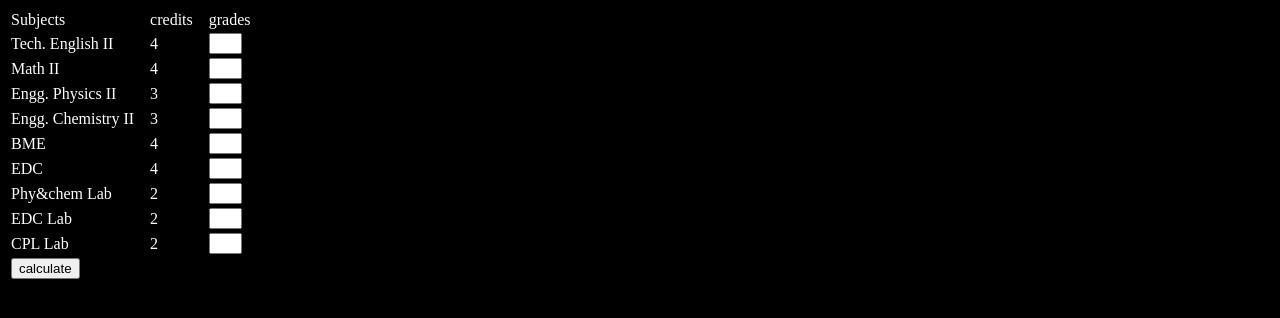
Repository: vigineshs/Mobile-Applications
Page: AnnaUniv GPA Calc/AnnaUniv GPA Calculator Updated/assets/www/cse08sem2.html
An editor plug-in stored every save of this project. The page is shown before and after the next save, followed by the edit.
The browser window is 1280 px wide. The pictures show the whole page.

Above is the page before, as saved 2012-05-06 04:31:33.

### AnnaUniv GPA Calc/AnnaUniv GPA Calculator Updated/assets/www/cse08sem2.html
<!DOCTYPE HTML>
<html>
<head>
<title>GPA</title>
<script type="text/javascript" charset="utf-8" src="/AnnaUniv GPA Calculator/assets/www/cordova-1.7.0.js"></script>
<script type="text/javascript">
function f()
{
var credits=28;
var t=document.f1.t1.value;
var s1=0;
if(t == "S" || t=="s")
s1 = 10*4;
else if(t == "A" || t=="a")
s1 = 9*4;
else if(t == "B" || t=="b")
s1 = 8*4;
else if(t == "C" || t=="c")
s1 = 7*4;
else if(t == "D" || t=="d")
s1 = 6*4;
else if(t == "E" || t=="e")
s1 = 5*4;
else if(t=="U" || t=="u")
credits-=4;
else
{
window.alert("invalid grade in sub 1");
exit(0);
}

var t=document.f1.t2.value;
if(t == "S" || t=="s")
s1 += 10*4;
else if(t == "A" || t=="a")
s1 += 9*4;
else if(t == "B" || t=="b")
s1 += 8*4;
else if(t == "C" || t=="c")
s1 += 7*4;
else if(t == "D" || t=="d")
s1 += 6*4;
else if(t == "E" || t=="e")
s1 += 5*4;
else if(t=="U" || t=="u")
credits-=4;
else
{
window.alert("invalid grade in sub 2");
exit(0);
}

var t=document.f1.t3.value;
if(t == "S" || t=="s")
s1 += 10*3;
else if(t == "A" || t=="a")
s1 += 9*3;
else if(t == "B" || t=="b")
s1 += 8*3;
else if(t == "C" || t=="c")
s1 += 7*3;
else if(t == "D" || t=="d")
s1 += 6*3;
else if(t == "E" || t=="e")
s1 += 5*3;
else if(t=="U" || t=="u")
credits-=3;
else
{
window.alert("invalid grade in sub 3");
exit(0);
}

var t=document.f1.t4.value;
if(t == "S" || t=="s")
s1 += 10*3;
else if(t == "A" || t=="a")
s1 += 9*3;
else if(t == "B" || t=="b")
s1 += 8*3;
else if(t == "C" || t=="c")
s1 += 7*3;
else if(t == "D" || t=="d")
s1 += 6*3;
else if(t == "E" || t=="e")
s1 += 5*3;
else if(t=="U" || t=="u")
credits-=3;
else
{
window.alert("invalid grade in sub 4");
exit(0);
}

var t=document.f1.t5.value;
if(t == "S" || t=="s")
s1 += 10*4;
else if(t == "A" || t=="a")
s1 += 9*4;
else if(t == "B" || t=="b")
s1 += 8*4;
else if(t == "C" || t=="c")
s1 += 7*4;
else if(t == "D" || t=="d")
s1 += 6*4;
else if(t == "E" || t=="e")
s1 += 5*4;
else if(t=="U" || t=="u")
credits-=4;
else
{
window.alert("invalid grade in sub 5");
exit(0);
}

var t=document.f1.t6.value;
if(t == "S" || t=="s")
s1 += 10*4;
else if(t == "A" || t=="a")
s1 += 9*4;
else if(t == "B" || t=="b")
s1 += 8*4;
else if(t == "C" || t=="c")
s1 += 7*4;
else if(t == "D" || t=="d")
s1 += 6*4;
else if(t == "E" || t=="e")
s1 += 5*4;
else if(t=="U" || t=="u")
credits-=4;
else
{
window.alert("invalid grade in sub 6");
exit(0);
}

var t=document.f1.t7.value;
if(t == "S" || t=="s")
s1 += 10*2;
else if(t == "A" || t=="a")
s1 += 9*2;
else if(t == "B" || t=="b")
s1 += 8*2;
else if(t == "C" || t=="c")
s1 += 7*2;
else if(t == "D" || t=="d")
s1 += 6*2;
else if(t == "E" || t=="e")
s1 += 5*2;
else if(t=="U" || t=="u")
credits-=2;
else
{
window.alert("invalid grade in sub 7");
exit(0);
}

var t=document.f1.t8.value;
if(t == "S" || t=="s")
s1 += 10*2;
else if(t == "A" || t=="a")
s1 += 9*2;
else if(t == "B" || t=="b")
s1 += 8*2;
else if(t == "C" || t=="c")
s1 += 7*2;
else if(t == "D" || t=="d")
s1 += 6*2;
else if(t == "E" || t=="e")
s1 += 5*2;
else if(t=="U" || t=="u")
credits-=2;
else
{
window.alert("invalid grade in sub 8");
exit(0);
}

var t=document.f1.t9.value;
if(t == "S" || t=="s")
s1 += 10*2;
else if(t == "A" || t=="a")
s1 += 9*2;
else if(t == "B" || t=="b")
s1 += 8*2;
else if(t == "C" || t=="c")
s1 += 7*2;
else if(t == "D" || t=="d")
s1 += 6*2;
else if(t == "E" || t=="e")
s1 += 5*2;
else if(t=="U" || t=="u")
credits-=2;
else
{
window.alert("invalid grade in sub 9");
exit(0);
}

var g=s1/credits;
if(credits==28)
{
window.alert("Congrats!\n"+g);
}
else
window.alert(g);

}
</script>

</head>
<body style="background-color:black; color:white" >
<form name="f1">
<table>
<tr><td>Subjects</td><td>&nbsp;&nbsp;&nbsp;credits</td><td>&nbsp;&nbsp;&nbsp;grades</td>
<tr>
<td>
Tech. English II</td><td>&nbsp;&nbsp;&nbsp;4</td> <td>&nbsp;&nbsp;&nbsp;<input type="text" size="1" name="t1" /></td></tr>
<tr><td>Math II</td><td>&nbsp;&nbsp;&nbsp;4</td> <td>&nbsp;&nbsp;&nbsp;<input type="text" size="1" name="t2" /></td></tr>
<tr><td>Engg. Physics II </td><td>&nbsp;&nbsp;&nbsp;3</td><td>&nbsp;&nbsp;&nbsp;<input type="text" size="1" name="t3" /></td></tr>
<tr><td>Engg. Chemistry II</td> <td>&nbsp;&nbsp;&nbsp;3</td><td>&nbsp;&nbsp;&nbsp;<input type="text" size="1" name="t4" /></td></tr>
<tr><td>BME</td><td>&nbsp;&nbsp;&nbsp;4</td> <td>&nbsp;&nbsp;&nbsp;<input type="text" size="1" name="t5" /></td></tr>
<tr><td>EDC</td> <td>&nbsp;&nbsp;&nbsp;4</td><td>&nbsp;&nbsp;&nbsp;<input type="text" size="1" name="t6" /></td></tr>
<tr><td>Phy&chem Lab</td><td>&nbsp;&nbsp;&nbsp;2</td> <td>&nbsp;&nbsp;&nbsp;<input type="text" size="1" name="t7" /></td></tr>
<tr><td>EDC Lab</td><td>&nbsp;&nbsp;&nbsp;2</td> <td>&nbsp;&nbsp;&nbsp;<input type="text" size="1" name="t8" /></td></tr>
<tr><td>CPL Lab</td><td>&nbsp;&nbsp;&nbsp;2</td> <td>&nbsp;&nbsp;&nbsp;<input type="text" size="1" name="t9" /></td></tr>
<tr colspan="2"><td><input type="submit" onclick="f();" value="calculate" /></td></tr>

</table>
</form>
</body>
</html>

Loaded but not shown: AnnaUniv GPA Calc/AnnaUniv GPA Calculator Updated/assets/www/cordova-1.7.0.js (library)

After the next save:
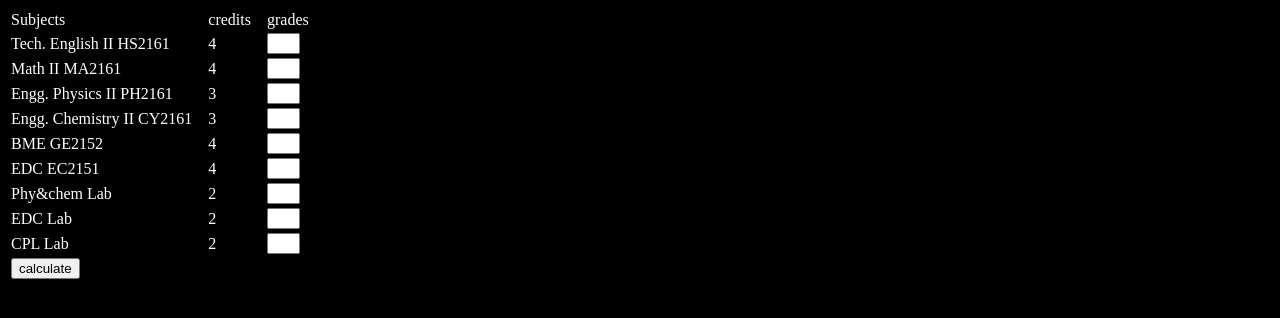
Saved 2 days later.
--- a/AnnaUniv GPA Calc/AnnaUniv GPA Calculator Updated/assets/www/cse08sem2.html
+++ b/AnnaUniv GPA Calc/AnnaUniv GPA Calculator Updated/assets/www/cse08sem2.html
@@ -215,12 +215,12 @@ window.alert(g);
 <tr><td>Subjects</td><td>&nbsp;&nbsp;&nbsp;credits</td><td>&nbsp;&nbsp;&nbsp;grades</td>
 <tr>
 <td>
-Tech. English II</td><td>&nbsp;&nbsp;&nbsp;4</td> <td>&nbsp;&nbsp;&nbsp;<input type="text" size="1" name="t1" /></td></tr>
-<tr><td>Math II</td><td>&nbsp;&nbsp;&nbsp;4</td> <td>&nbsp;&nbsp;&nbsp;<input type="text" size="1" name="t2" /></td></tr>
-<tr><td>Engg. Physics II </td><td>&nbsp;&nbsp;&nbsp;3</td><td>&nbsp;&nbsp;&nbsp;<input type="text" size="1" name="t3" /></td></tr>
-<tr><td>Engg. Chemistry II</td> <td>&nbsp;&nbsp;&nbsp;3</td><td>&nbsp;&nbsp;&nbsp;<input type="text" size="1" name="t4" /></td></tr>
-<tr><td>BME</td><td>&nbsp;&nbsp;&nbsp;4</td> <td>&nbsp;&nbsp;&nbsp;<input type="text" size="1" name="t5" /></td></tr>
-<tr><td>EDC</td> <td>&nbsp;&nbsp;&nbsp;4</td><td>&nbsp;&nbsp;&nbsp;<input type="text" size="1" name="t6" /></td></tr>
+Tech. English II HS2161</td><td>&nbsp;&nbsp;&nbsp;4</td> <td>&nbsp;&nbsp;&nbsp;<input type="text" size="1" name="t1" /></td></tr>
+<tr><td>Math II MA2161</td><td>&nbsp;&nbsp;&nbsp;4</td> <td>&nbsp;&nbsp;&nbsp;<input type="text" size="1" name="t2" /></td></tr>
+<tr><td>Engg. Physics II PH2161</td><td>&nbsp;&nbsp;&nbsp;3</td><td>&nbsp;&nbsp;&nbsp;<input type="text" size="1" name="t3" /></td></tr>
+<tr><td>Engg. Chemistry II CY2161</td> <td>&nbsp;&nbsp;&nbsp;3</td><td>&nbsp;&nbsp;&nbsp;<input type="text" size="1" name="t4" /></td></tr>
+<tr><td>BME GE2152</td><td>&nbsp;&nbsp;&nbsp;4</td> <td>&nbsp;&nbsp;&nbsp;<input type="text" size="1" name="t5" /></td></tr>
+<tr><td>EDC EC2151</td> <td>&nbsp;&nbsp;&nbsp;4</td><td>&nbsp;&nbsp;&nbsp;<input type="text" size="1" name="t6" /></td></tr>
 <tr><td>Phy&chem Lab</td><td>&nbsp;&nbsp;&nbsp;2</td> <td>&nbsp;&nbsp;&nbsp;<input type="text" size="1" name="t7" /></td></tr>
 <tr><td>EDC Lab</td><td>&nbsp;&nbsp;&nbsp;2</td> <td>&nbsp;&nbsp;&nbsp;<input type="text" size="1" name="t8" /></td></tr>
 <tr><td>CPL Lab</td><td>&nbsp;&nbsp;&nbsp;2</td> <td>&nbsp;&nbsp;&nbsp;<input type="text" size="1" name="t9" /></td></tr>
